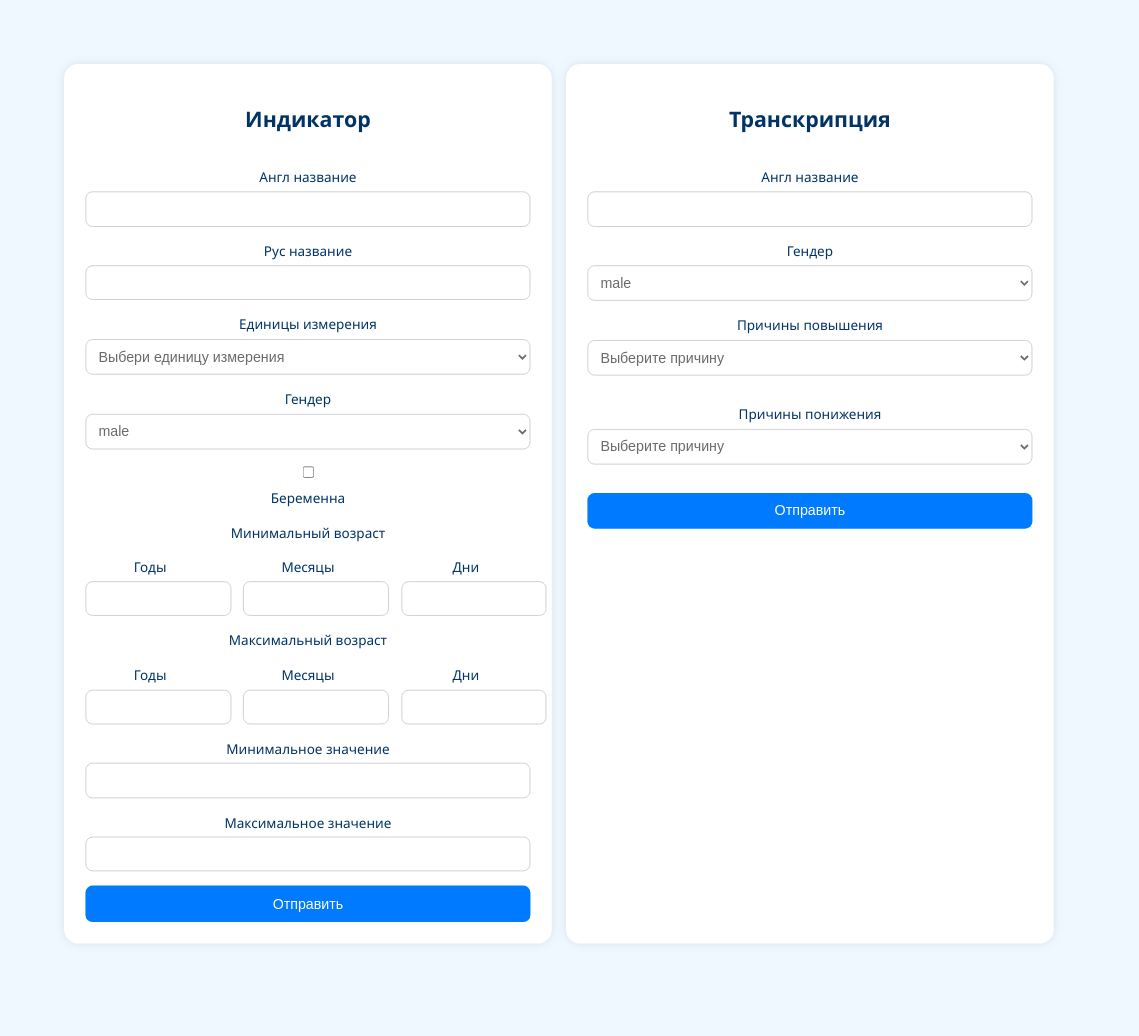
Repository: GGlebux/Transay
Page: / (app in frontend/)
The author's editor kept a copy of each file at every save. The page is drawn from the files as they stood at one save, then again after the next save.
The browser window is 1280 px wide. The pictures show the whole page, at 89% of full size.
The project was rebuilt for these pictures with package versions that can differ from the ones it lists, and the page was loaded fresh each time. Also part of the build but not shown: frontend/vite.config.ts.

Above is the page before, as saved 2025-08-04 17:03:24.

After the next save:
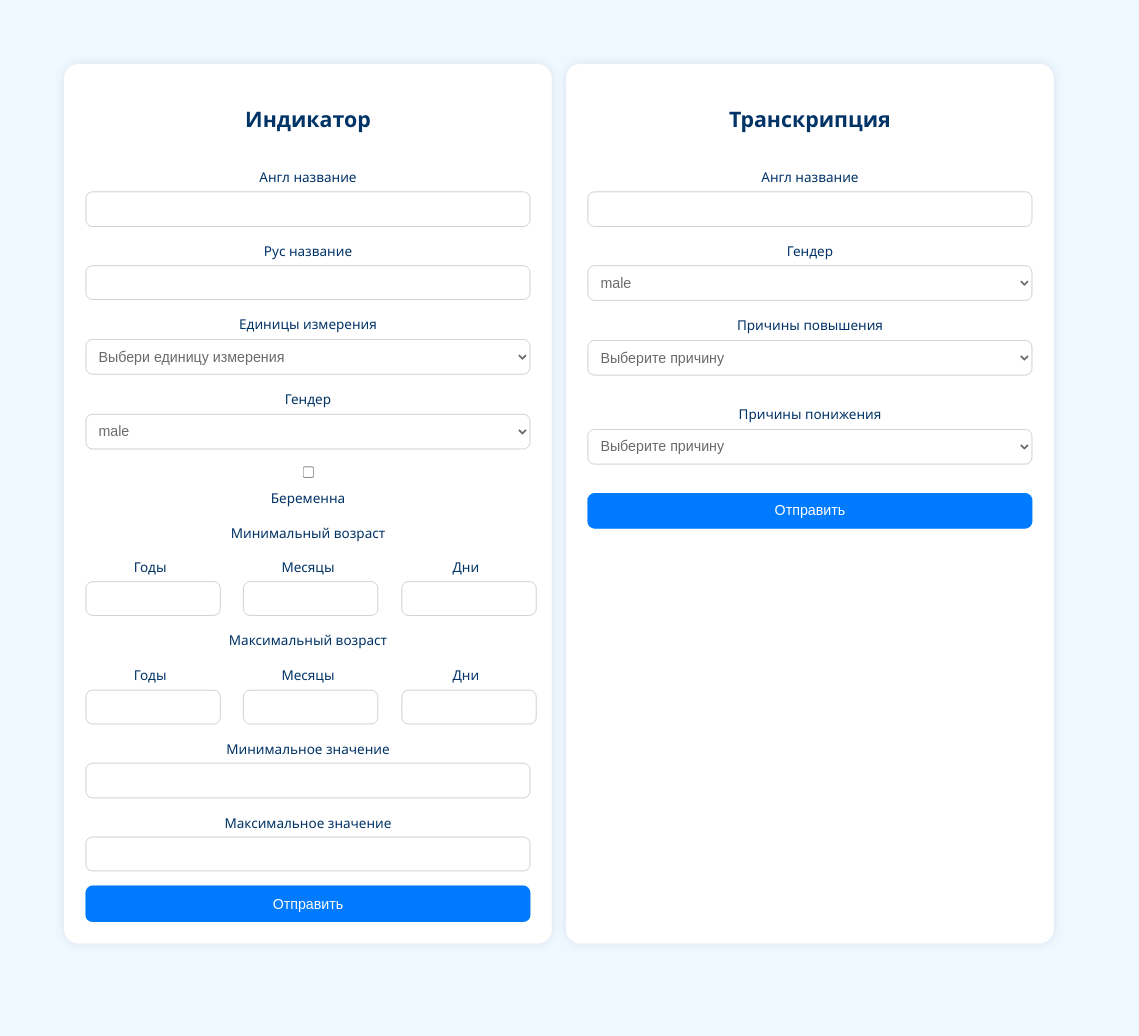
Saved 4 s later.
--- a/frontend/src/styles/forms.css
+++ b/frontend/src/styles/forms.css
@@ -72,7 +72,7 @@ button:hover {
 }
 
 .age-row input {
-  width: 98%;
+  width: 90%;
 }
 
 .checkbox {
